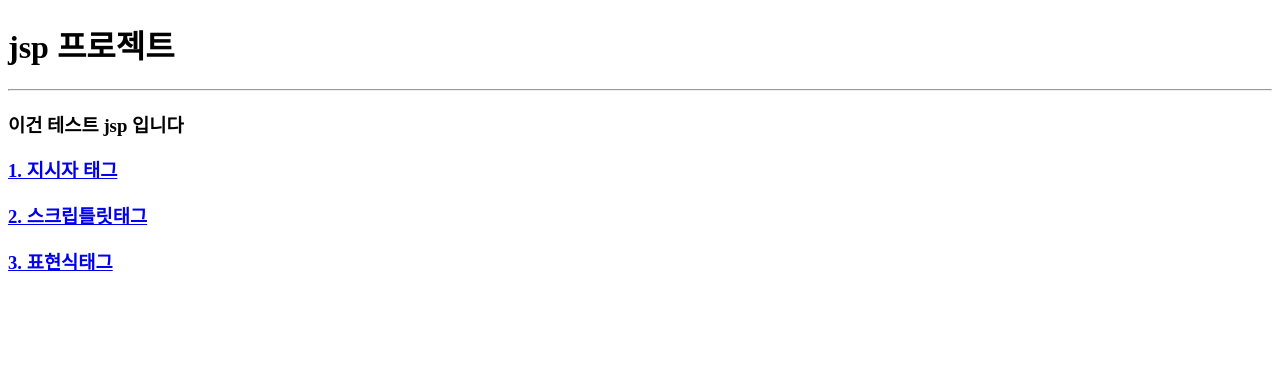
Repository: beescuit9510/toyProjects
Page: http://localhost/04_jspProject/
An editor plug-in stored every save of this project. The page is shown before and after the next save, followed by the edit.
The browser window is 1280 px wide. The pictures show the whole page.
The page is served by Tomcat 9.

Above is the page before, as saved 2021-09-30 04:47:18.

### web-server-workplace/04_jspProject/src/main/webapp/index.jsp
<%@ page language="java" contentType="text/html; charset=UTF-8"
    pageEncoding="UTF-8"%>
<!DOCTYPE html>
<html>
<head>
<meta charset="UTF-8">
<title>Insert title here</title>
</head>
<body>
	<h1>jsp 프로젝트</h1>
	<hr>
	<%@include file="/jsp/test.jsp" %>
	<h3><a href="/jsp/directiveTag.jsp">1. 지시자 태그</a></h3>
	<h3><a href="/jsp/scriptletTag.jsp">2. 스크립틀릿태그</a></h3>
	<h3><a href="/jsp/expresstionTag.jsp">3. 표현식태그</a></h3>
</body>
</html>

### web-server-workplace/04_jspProject/src/main/webapp/jsp/test.jsp
<%@ page language="java" contentType="text/html; charset=UTF-8"
    pageEncoding="UTF-8"%>
<!DOCTYPE html>
	<h3>이건 테스트 jsp 입니다</h3>
	<script>
		function func1(){
			alert("함수실행");
		}
	</script>

After the next save:
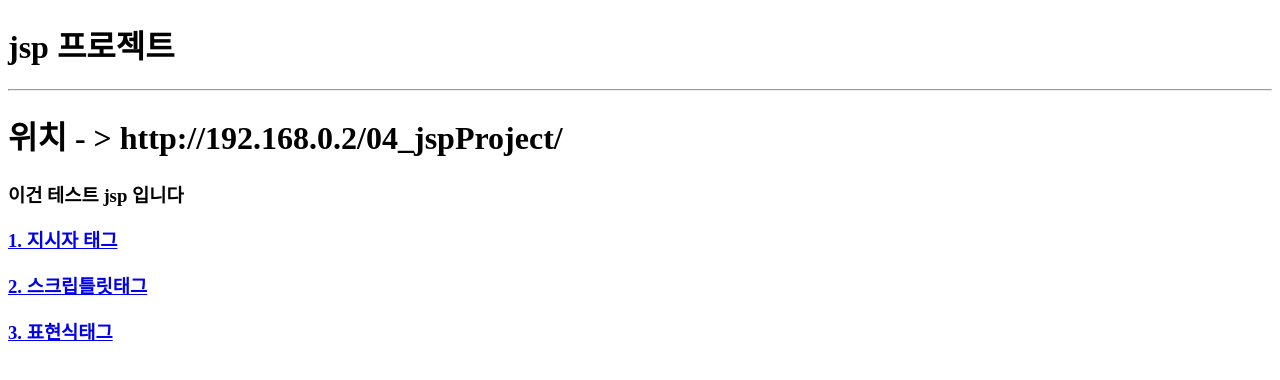
Saved 6 min 7 s later.
--- a/web-server-workplace/04_jspProject/src/main/webapp/index.jsp
+++ b/web-server-workplace/04_jspProject/src/main/webapp/index.jsp
@@ -9,9 +9,10 @@
 <body>
 	<h1>jsp 프로젝트</h1>
 	<hr>
+	<h1>위치 - > http://192.168.0.2/04_jspProject/</h1>
 	<%@include file="/jsp/test.jsp" %>
-	<h3><a href="/jsp/directiveTag.jsp">1. 지시자 태그</a></h3>
-	<h3><a href="/jsp/scriptletTag.jsp">2. 스크립틀릿태그</a></h3>
-	<h3><a href="/jsp/expresstionTag.jsp">3. 표현식태그</a></h3>
+	<h3><a href="/04_jspProject/jsp/directiveTag.jsp">1. 지시자 태그</a></h3>
+	<h3><a href="/04_jspProject/jsp/scriptletTag.jsp">2. 스크립틀릿태그</a></h3>
+	<h3><a href="/04_jspProject/jsp/expresstionTag.jsp">3. 표현식태그</a></h3>
 </body>
 </html>
